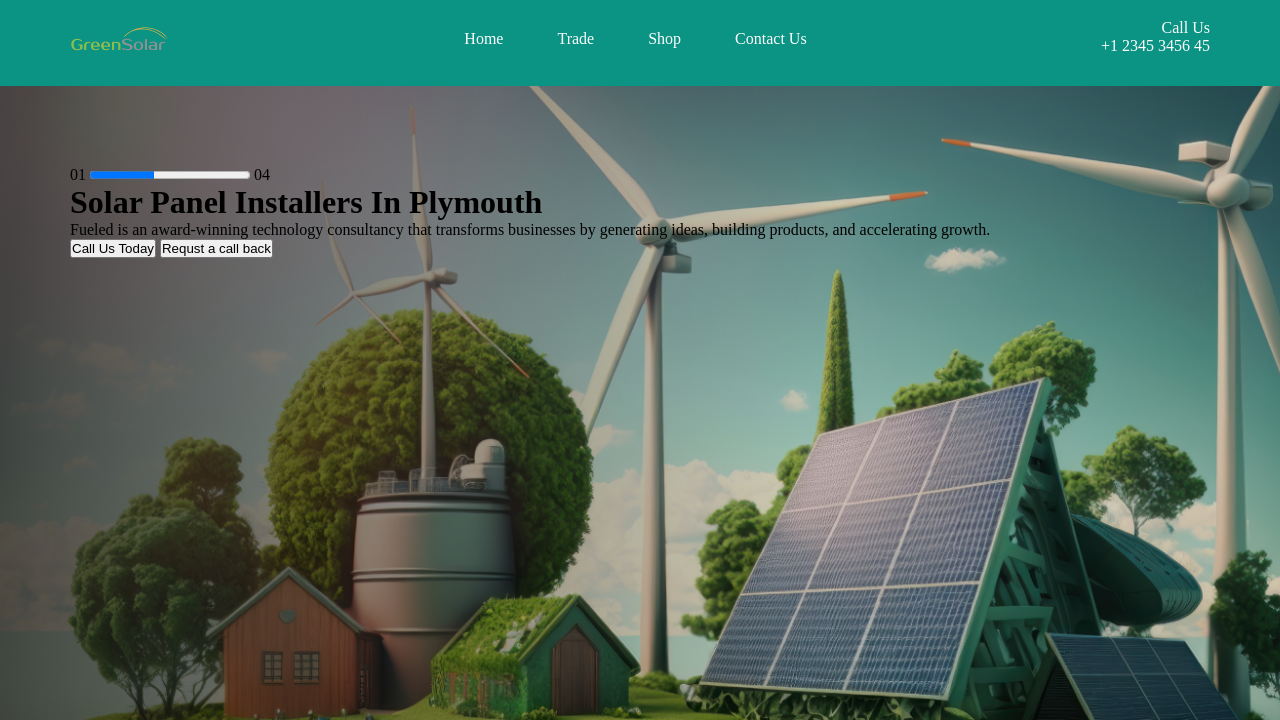
Repository: zeinawady/Solar-Company-Template
Page: index.html
The author's editor kept a copy of each file at every save. The page is drawn from the files as they stood at one save, then again after the next save.
The browser window is 1280 px wide. The pictures show the whole page.

Above is the page before, as saved 2024-09-17 17:01:55.

After the next save:
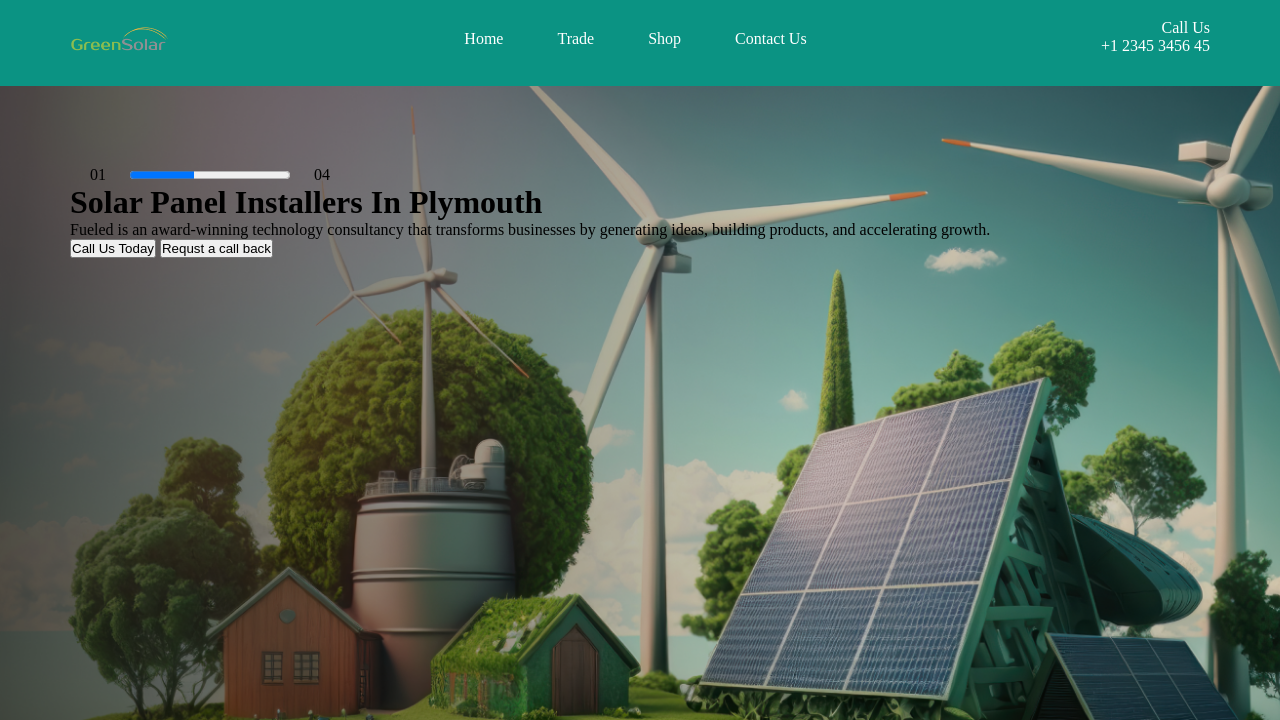
Saved 7 s later.
--- a/css/style.css
+++ b/css/style.css
@@ -118,6 +118,6 @@ align-items: flex-end;
     padding-top: 80px;
 }
 .progress-container span{
- pad
+ padding: 0 20px;
 }
 /* end landing */
